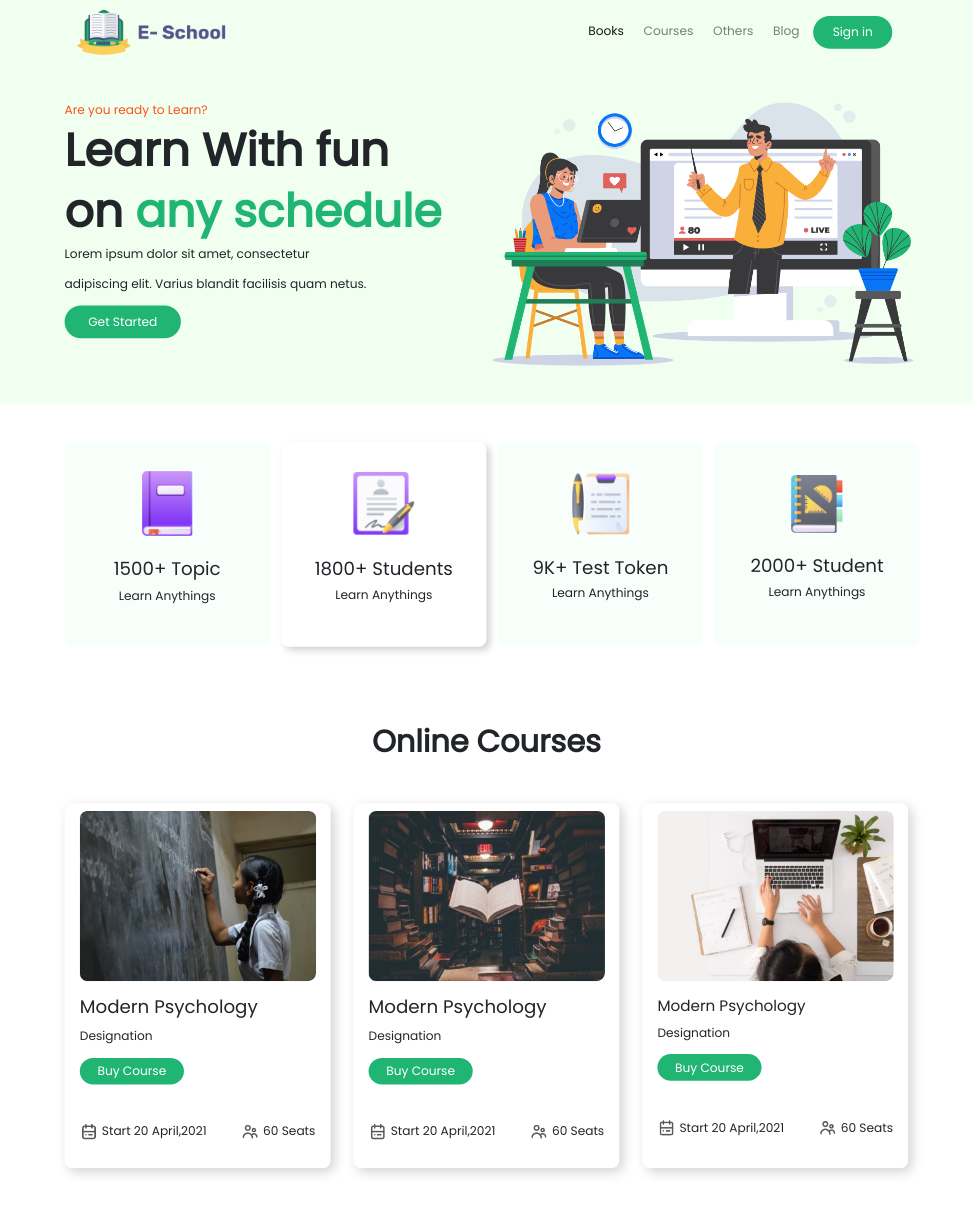
Repository: mohsinfarabi/e-school
Page: index.html
The author's editor kept a copy of each file at every save. The page is drawn from the files as they stood at one save, then again after the next save.
The browser window is 1280 px wide. The pictures show the whole page, at 76% of full size.

Above is the page before, as saved 2020-07-08 20:08:10.

### index.html
<!DOCTYPE html>
<html lang="en">

<head>
    <meta charset="UTF-8">
    <meta name="viewport" content="width=device-width, initial-scale=1.0">
    <link rel="stylesheet" href="css/bootstrap/css/bootstrap.min.css">
    <link rel="stylesheet" href="style.css">
    <link href="https://fonts.googleapis.com/css2?family=Poppins" rel="stylesheet">
    <title>E-School</title>
</head>

<body>
    <section class="top-part">
        <div class="container">
            <nav class="navbar navbar-expand-lg navbar-light bg-transparent">
                <a class="navbar-brand" href="#"><img src="images/icon/Logo.png " alt=" "></a>
                </a>
                <button class="navbar-toggler" type="button" data-toggle="collapse" data-target="#navbarNav" aria-controls="navbarNav" aria-expanded="false" aria-label="Toggle navigation">
                  <span class="navbar-toggler-icon"></span>
                </button>

                <div class="collapse navbar-collapse" id="navbarNav">
                    <ul class="navbar-nav ml-auto">
                        <li class="nav-item active ">
                            <a class="nav-link " href="#books ">Books</a>
                        </li>
                        <li class="nav-item ">
                            <a class="nav-link " href="#courses ">Courses</a>
                        </li>
                        <li class="nav-item ">
                            <a class="nav-link " href="#others ">Others</a>
                        </li>
                        <li class="nav-item ">
                            <a class="nav-link " href="#blog ">Blog</a>
                        </li>
                        <li class="nav-item ">
                            <button class="sign-in">Sign in</button>
                        </li>

                    </ul>
                </div>

            </nav>
        </div>
        <div class="container">
            <div class="row top">
                <div class="col-md-6">

                    <h5>Are you ready to Learn?</h5>
                    <h1>Learn With fun </h1>
                    <h1>on <span class="highlight"> any schedule</span></h1>

                    <p>Lorem ipsum dolor sit amet, consectetur </p>
                    <p>adipiscing elit. Varius blandit facilisis quam netus.</p>

                    <button class="get-started">Get Started</button>

                </div>
                <div class="col-md-6 d-flex justify-content-center">

                    <img src="images/Photos/Illustration.png" alt="">
                </div>
            </div>
        </div>
    </section>

    <div class="container">
        <div class="row">
            <div class="col-md-3">
                <div class="cat1 d-flex flex-column justify-content-center align-items-center">

                    <img src="images/icon/book.png" alt="">

                    <h4>1500+ Topic</h4>
                    <p>Learn Anythings</p>
                </div>
            </div>
            <div class="col-md-3">
                <div class="cat2 d-flex flex-column justify-content-center align-items-center">

                    <img src="images/icon/Student.png" alt="">

                    <h4>1800+ Students</h4>
                    <p>Learn Anythings</p>
                </div>
            </div>
            <div class="col-md-3">
                <div class="cat3 d-flex flex-column justify-content-center align-items-center">

                    <img src="images/icon/Test.png" alt="">

                    <h4>9K+ Test Token</h4>
                    <p>Learn Anythings</p>
                </div>
            </div>
            <div class="col-md-3">
                <div class="cat4 d-flex flex-column justify-content-center align-items-center">

                    <img src="images/icon/Students.png" alt="">

                    <h4>2000+ Student</h4>
                    <p>Learn Anythings</p>

                </div>
            </div>
        </div>
    </div>

    <div class="container course">
        <h1>Online Courses</h1>
        <div class="card-deck">
            <div class="card">
                <img src="images/Photos/Morder pyschology.png" class="card-img-top" alt="...">
                <div class="card-body">
                    <h4 class="card-title">Modern Psychology</h4>
                    <p class="card-text">Designation</p>
                    <button class="buy-course">Buy Course</button>
                    <div class="card-bottom d-flex justify-content-between align-self-center">
                        <div class="d-flex justify-content-between">
                            <img src="images/icon/calendar.png" alt="">
                            <p>Start 20 April,2021</p>
                        </div>
                        <div class="d-flex justify-content-between">
                            <img src="images/icon/people.png" alt="">
                            <p>60 Seats</p>
                        </div>

                    </div>
                </div>

            </div>
            <div class="card">
                <img src="images/Photos/Morder psyc.png" class="card-img-top" alt="...">
                <div class="card-body">
                    <h4 class="card-title">Modern Psychology</h4>
                    <p class="card-text">Designation</p>
                    <button class="buy-course">Buy Course</button>
                    <div class="card-bottom d-flex justify-content-between align-self-center">
                        <div class="d-flex justify-content-between">
                            <img src="images/icon/calendar.png" alt="">
                            <p>Start 20 April,2021</p>
                        </div>
                        <div class="d-flex justify-content-between">
                            <img src="images/icon/people.png" alt="">
                            <p>60 Seats</p>
                        </div>

                    </div>
                </div>

            </div>
            <div class="card">
                <img src="images/Photos/Morder pychons.png" class="card-img-top" alt="...">
                <div class="card-body">
                    <h5 class="card-title">Modern Psychology</h5>
                    <p class="card-text">Designation</p>
                    <button class="buy-course">Buy Course</button>
                    <div class="card-bottom d-flex justify-content-between align-self-center">
                        <div class="d-flex justify-content-between">
                            <img src="images/icon/calendar.png" alt="">
                            <p>Start 20 April,2021</p>
                        </div>
                        <div class="d-flex justify-content-between">
                            <img src="images/icon/people.png" alt="">
                            <p>60 Seats</p>
                        </div>

                    </div>


                </div>

            </div>
        </div>
    </div>












    <script src="https://code.jquery.com/jquery-3.5.1.slim.min.js " integrity="sha384-DfXdz2htPH0lsSSs5nCTpuj/zy4C+OGpamoFVy38MVBnE+IbbVYUew+OrCXaRkfj " crossorigin="anonymous "></script>
    <script src="https://cdn.jsdelivr.net/npm/popper.js@1.16.0/dist/umd/popper.min.js " integrity="sha384-Q6E9RHvbIyZFJoft+2mJbHaEWldlvI9IOYy5n3zV9zzTtmI3UksdQRVvoxMfooAo " crossorigin="anonymous "></script>
    <script src="https://stackpath.bootstrapcdn.com/bootstrap/4.5.0/js/bootstrap.min.js " integrity="sha384-OgVRvuATP1z7JjHLkuOU7Xw704+h835Lr+6QL9UvYjZE3Ipu6Tp75j7Bh/kR0JKI " crossorigin="anonymous "></script>
</body>

</html>

### style.css
    body {
        font-family: 'Poppins', sans-serif;
    }

    .container {
        margin-bottom: 50px;
    }

    .top-part {
        background-color: #F0FFF0;
    }

    .bg-light {
        background-color: #F0FFF0;
    }

    .navbar img {
        width: 198.07px;
        height: 59px;
    }

    .nav-item {
        padding: 5px;
        color: black;
    }

    .sign-in {
        width: 104px;
        height: 43px;
        border: none;
        background: #21B573;
        border-radius: 33px;
        color: white;
    }

    .top {
        padding-bottom: 50px;
    }

    .top h5 {
        font-size: medium;
        color: #FD511A;
    }

    .top h1 {
        font-weight: 900;
        font-size: 60px;
    }

    .top img {
        width: 554px;
        height: 346px;
    }

    .highlight {
        color: #21B573;
    }

    .get-started {
        width: 153px;
        height: 43px;
        border: none;
        background: #21B573;
        border-radius: 33px;
        color: white;
    }

    .cat h4 {
        font-weight: 700;
    }

    .cat1,
    .cat2,
    .cat3,
    .cat4 {
        width: 270px;
        height: 270px;
        padding: 10px 30px;
        border-radius: 10px;
        border: none;
    }

    .cat2 {
        box-shadow: 5px 5px 10px lightgray;
    }

    .cat1,
    .cat3,
    .cat4 {
        background-color: #F8FFFB;
    }

    .cat1 img {
        width: 66px;
        height: 85px;
        margin-bottom: 30px;
    }

    .cat2 img {
        width: 80px;
        height: 83px;
        margin-bottom: 30px;
    }

    .cat3 img {
        width: 75px;
        height: 80px;
        margin-bottom: 30px;
    }

    .cat4 img {
        width: 68px;
        height: 76px;
        margin-bottom: 30px;
    }

    .course h1 {
        text-align: center;
        font-weight: 900;
        padding: 50px 0px;
    }

    .card img {
        width: 331px;
        height: 234px;
        border-radius: 11px;
        padding-top: 10px;
        padding-left: 20px;
    }

    .card {
        border: none;
        border-radius: 10px;
        box-shadow: 5px 5px 15px lightgray;
    }

    .card-footer {
        background-color: white;
        border-top: none;
        border-radius: 10px;
    }

    .buy-course {
        width: 137px;
        height: 35px;
        border: none;
        background: #21B573;
        border-radius: 33px;
        color: white;
        margin-bottom: 20px;
    }

    .card-bottom {
        padding-top: 30px;
    }

    .card-bottom img {
        width: 24px;
        height: 24px;
        padding: 0;
        margin-right: 5px;
    }

Loaded but not shown: css/bootstrap/css/bootstrap.min.css (library)

After the next save:
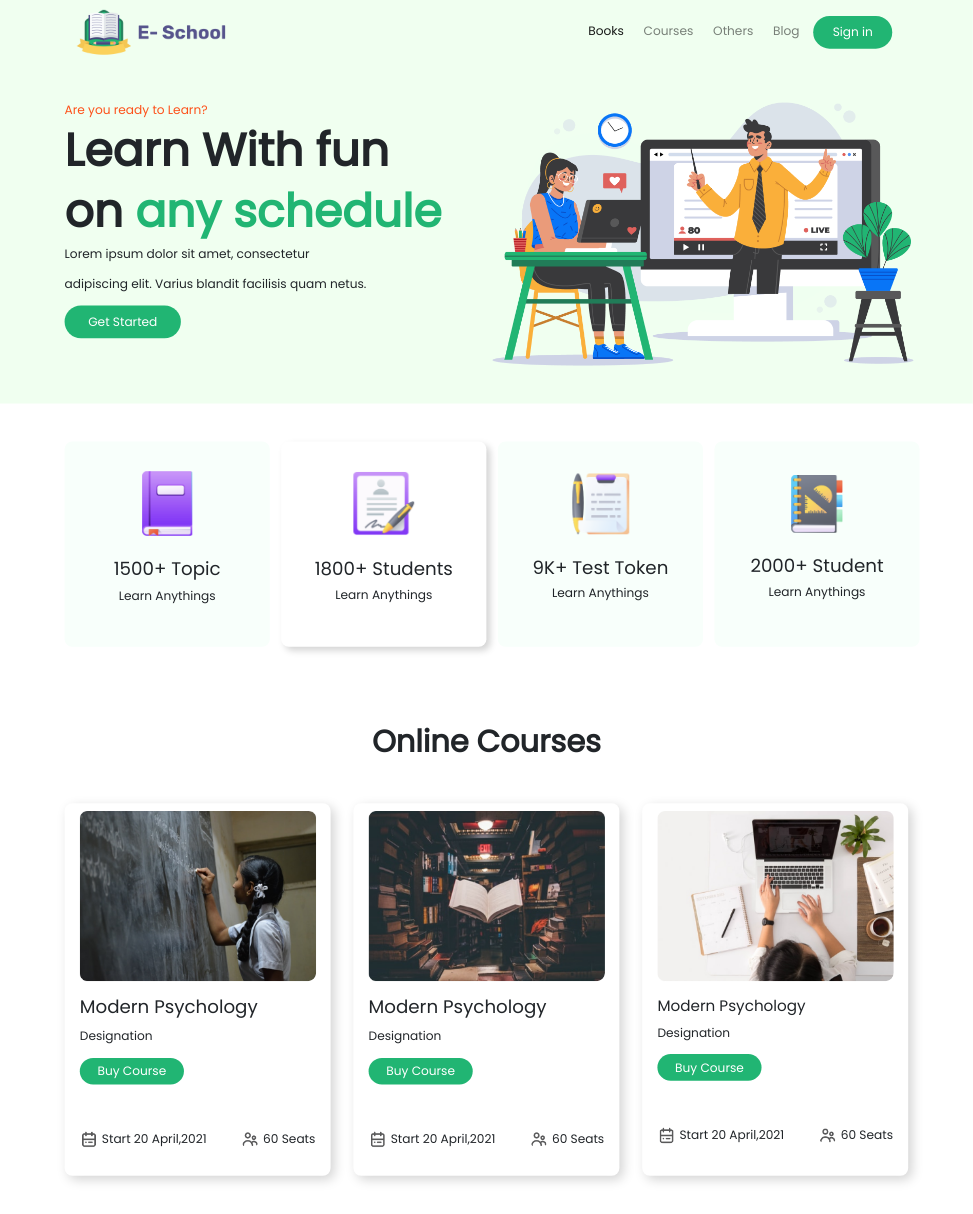
Saved 11 s later.
--- a/style.css
+++ b/style.css
@@ -147,7 +147,7 @@
         background: #21B573;
         border-radius: 33px;
         color: white;
-        margin-bottom: 20px;
+        margin-bottom: 30px;
     }
 
     .card-bottom {

After the save that followed:
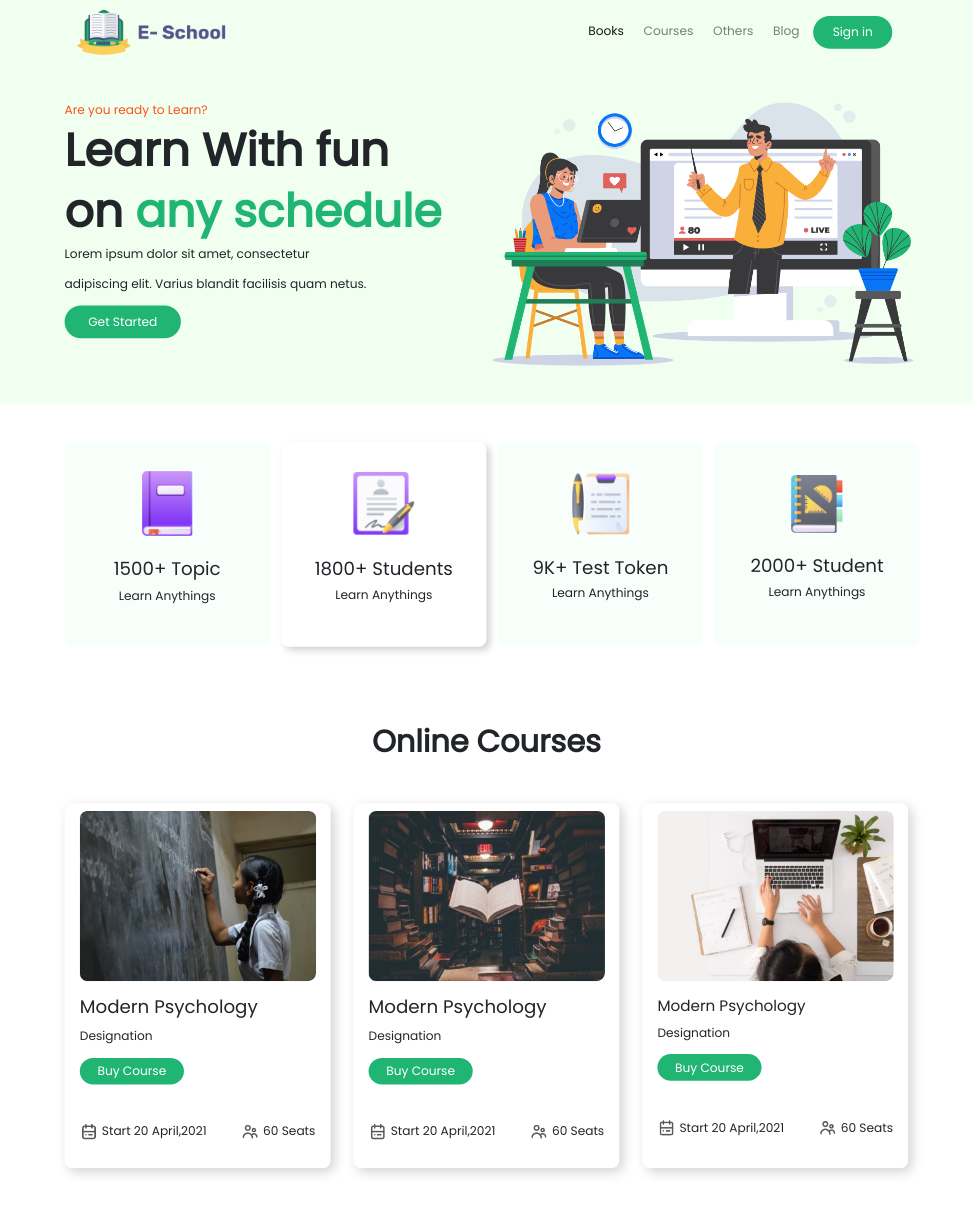
Saved 8 s later.
--- a/style.css
+++ b/style.css
@@ -147,7 +147,7 @@
         background: #21B573;
         border-radius: 33px;
         color: white;
-        margin-bottom: 30px;
+        margin-bottom: 20px;
     }
 
     .card-bottom {
